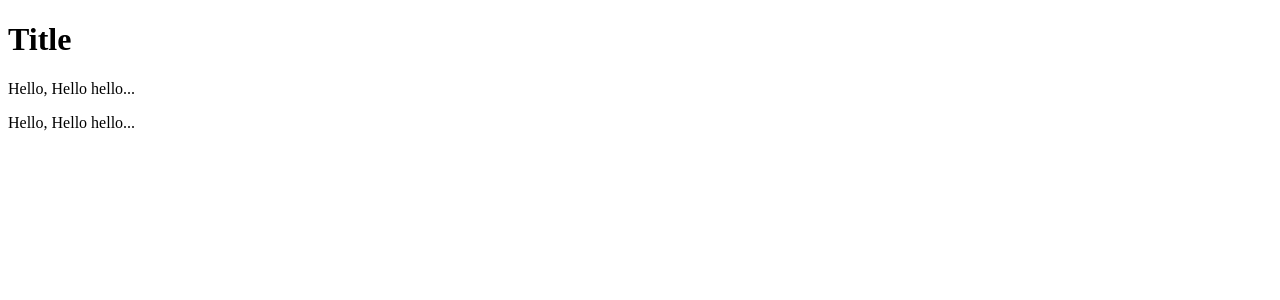
Repository: kojimayu/dotinstall-JavaScript-DOM
Page: index.html
The author's editor kept a copy of each file at every save. The page is drawn from the files as they stood at one save, then again after the next save.
The browser window is 1280 px wide. The pictures show the whole page.

Above is the page before, as saved 2019-04-13 16:24:03.

After the next save:
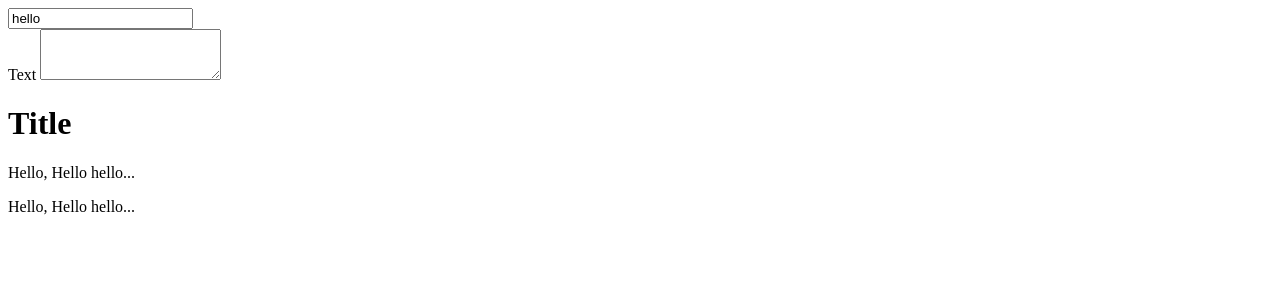
Saved 9 min 32 s later.
--- a/index.html
+++ b/index.html
@@ -8,7 +8,11 @@
 </head>
 
 <body>
-
+  <input type="text" value="hello">
+  <div class="form-group">
+    <label for="my-input">Text</label>
+    <textarea id="my-input" class="form-control" rows="3"></textarea>
+  </div>
   <script src="js/main.js"></script>
 </body>
 
